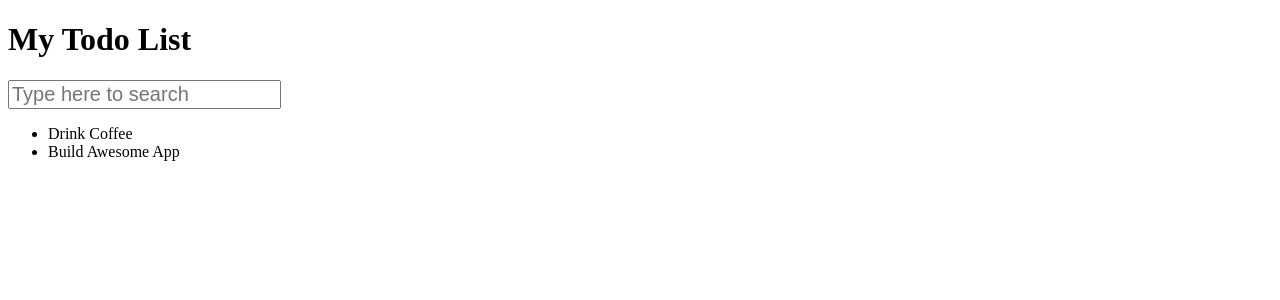
Repository: max535/react-todo-list
Page: /
An editor plug-in stored every save of this project. The page is shown before and after the next save, followed by the edit.
The browser window is 1280 px wide. The pictures show the whole page.
The project was rebuilt for these pictures with package versions that can differ from the ones it lists, and the page was loaded fresh each time.

Above is the page before, as saved 2022-01-15 21:30:38.

After the next save:
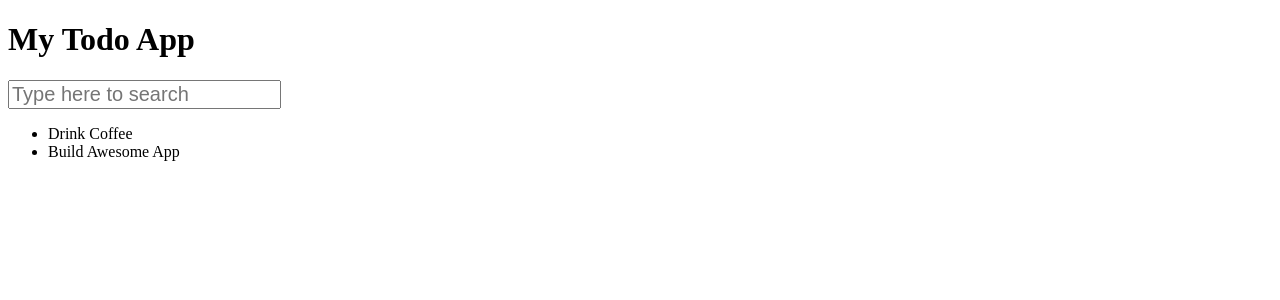
Saved 23 s later.
--- a/src/index.js
+++ b/src/index.js
@@ -1,10 +1,7 @@
 import React from 'react';
 import ReactDOM from 'react-dom';
+import { AppHeader } from './components/AppHeader';
 import { TodoApp } from './components/TodoApp';
-
-const AppHeader = () => {
-    return <h1>My Todo List</h1>;
-}
 
 const SearchPanel = () => {
     const searchText = 'Type here to search';
